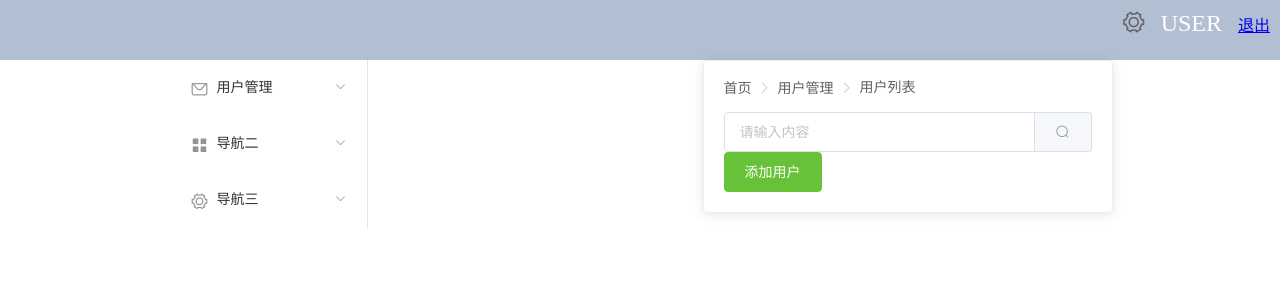
Repository: euphor1azzy/testlist
Page: /#/users (app in list/)
An editor plug-in stored every save of this project. The page is shown before and after the next save, followed by the edit.
The browser window is 1280 px wide. The pictures show the whole page.
The project was rebuilt for these pictures with package versions that can differ from the ones it lists, and the page was loaded fresh each time. Also part of the build but not shown: list/src/views/login/login.vue.

Above is the page before, as saved 2020-08-25 17:27:54.

### list/src/main.js
// 引入组件
import Vue from 'vue'
import ElementUI from 'element-ui';
import App from './App.vue'
import router from './router'
import MyHttpServer from './plugins/http'
Vue.use(router);


// 引入css文件
import './assets/css/reset.css'
import 'element-ui/lib/theme-chalk/index.css';


//使用插件
Vue.use(ElementUI)
Vue.use(MyHttpServer)
Vue.config.productionTip = false


new Vue({
    el: '#app',
    router,
    render: h => h(App)
}).$mount('#app')

### list/src/App.vue
<template>
  <div id="app" >

    <router-view></router-view>
  </div>
</template>

<script>

</script>

<style>
#app{

  height:100vh
}
</style>

### list/src/router/index.js
import Vue from 'vue'
import Router from 'vue-router'
import Home from '../views/home.vue'
import Login from '../views/login/login.vue'
import Users from '../components/users/users.vue'



Vue.use(Router);



export default new Router({
    routes: [{
            path: '/',
            name: 'Home',
            component: Home,
            children: [{
                name: 'Users',
                path: 'users',
                component: Users
            }]

        },
        {
            name: 'Login',
            path: '/login',
            component: Login
        }
    ]
});

### list/src/plugins/http.js
//将axios改为插件
import axios from 'axios'
const MyHttpServer = {}


MyHttpServer.install = (Vue) => {
    axios.defaults.baseURL = 'http://localhost:8888/api/private/v1/'

    // 添加实例方法
    Vue.prototype.$http = axios

}

export default MyHttpServer

### list/src/assets/css/reset.css
/*! minireset.css v0.0.2 | MIT License | github.com/jgthms/minireset.css */

html,
body,
p,
ol,
ul,
li,
dl,
dt,
dd,
blockquote,
figure,
fieldset,
legend,
textarea,
pre,
iframe,
hr,
h1,
h2,
h3,
h4,
h5,
h6 {
    /* height: 100%; */
    margin: 0;
    padding: 0;
}

h1,
h2,
h3,
h4,
h5,
h6 {
    font-size: 100%;
    font-weight: normal;
}

ul {
    list-style: none;
}

button,
input,
select,
textarea {
    margin: 0;
}

html {
    box-sizing: border-box;
}

* {
    box-sizing: inherit;
}

*:before,
*:after {
    box-sizing: inherit;
}

img,
embed,
object,
audio,
video {
    height: auto;
    max-width: 100%;
}

iframe {
    border: 0;
}

table {
    border-collapse: collapse;
    border-spacing: 0;
}

td,
th {
    padding: 0;
    text-align: left;
}

### list/src/views/home.vue
<template>

  <div class="con">
    <!-- 头部 -->
    <v-appnav></v-appnav>
     <!-- 侧边栏 -->

    <v-appslider></v-appslider>

    <!-- 内容 -->
   <!-- <v-list></v-list> -->
   <!-- <el-main class="main"> -->
     <router-view></router-view>
   <!-- </el-main> -->

  </div>
</template>

<script>
// 导入组件

import AppNav from "../components/common/appnav";
import AppSlider from "../components/common/appslider";
// import List from "../components/list/list";

export default {
  name: "Home",
  // 注册组件
  components: {
    "v-appnav": AppNav,
    "v-appslider": AppSlider,
    // "v-list": List,
  },
};
</script>

<style>
.con {
  /* height: 100%; */
  display: flex;
  flex: auto;
  flex-flow: row wrap;
  justify-content: space-around;
}
</style>

### list/src/components/users/users.vue
<template>

 <el-card class="box-card">
 <!-- 面包屑 -->
    <el-breadcrumb separator-class="el-icon-arrow-right">
    <!-- <el-breadcrumb-item :to="{ path: '/' }">首页</el-breadcrumb-item> -->
    <el-breadcrumb-item>首页</el-breadcrumb-item>
    <el-breadcrumb-item>用户管理</el-breadcrumb-item>
    <el-breadcrumb-item>用户列表</el-breadcrumb-item>
    </el-breadcrumb>

    <!-- 搜索 -->
    <el-row>
        <el-col>

                     <el-input placeholder="请输入内容" v-model="query" class="inputSearch">
                          <el-button  slot="append" icon="el-icon-search"></el-button>
                     </el-input>
                      <el-button type="success">添加用户</el-button>
        </el-col>
    </el-row>
</el-card>
</template>

<script>
export default {
    data() {
        return {
            query:''
        }
    }

}
</script>

<style>
.box-card{
    height: 100%;
}
.inputSearch{
    padding-top: 16px;
    width: 300px;
}
</style>

### list/src/components/common/appnav.vue
<template>
  <el-header class="nav">
    <el-dropdown>
      <i class="el-icon-setting" style="margin-right: 15px"></i>
      <el-dropdown-menu slot="dropdown">
        <el-dropdown-item>查看</el-dropdown-item>
        <el-dropdown-item>新增</el-dropdown-item>
        <el-dropdown-item>删除</el-dropdown-item>
      </el-dropdown-menu>
    </el-dropdown>
    <span>USER</span>
    <router-link to="/login" style="padding-left:16px;font-size:16px"
      >退出</router-link
    >
  </el-header>
</template>

<script>
export default {
  name: "AppNav",
};
</script>

<style scoped>

.nav {
  padding: 10px;
  text-align: right;
  font-size: 24px;
  width: 100%;
  color: #fff;
  background-color: #b2bfd2;
}
.el-icon-setting::before {
  font-size: 24px;
}
</style>

### list/src/components/common/appslider.vue
<template>
   <!-- <el-container style="height: 100%; border: 1px solid #eee"> -->
      <el-aside width="200px" style="background-color: rgb(238, 241, 246)">
        <el-menu :unique-opened="true"
        :router="true">
          <el-submenu index="1">
            <template slot="title">
              <i class="el-icon-message"></i>用户管理
            </template>
            <el-menu-item-group>
              <template slot="title">分组一</template>
              <el-menu-item index="users">用户列表</el-menu-item>
              <el-menu-item index="1-2">用户设置</el-menu-item>
            </el-menu-item-group>
            <el-menu-item-group title="分组2">
              <el-menu-item index="1-3">选项3</el-menu-item>
            </el-menu-item-group>
            <el-submenu index="1-4">
              <template slot="title">选项4</template>
              <el-menu-item index="1-4-1">选项4-1</el-menu-item>
            </el-submenu>
          </el-submenu>
          <el-submenu index="2">
            <template slot="title">
              <i class="el-icon-menu"></i>导航二
            </template>
            <el-menu-item-group>
              <template slot="title">分组一</template>
              <el-menu-item index="2-1">选项1</el-menu-item>
              <el-menu-item index="2-2">选项2</el-menu-item>
            </el-menu-item-group>
            <el-menu-item-group title="分组2">
              <el-menu-item index="2-3">选项3</el-menu-item>
            </el-menu-item-group>
            <el-submenu index="2-4">
              <template slot="title">选项4</template>
              <el-menu-item index="2-4-1">选项4-1</el-menu-item>
            </el-submenu>
          </el-submenu>
          <el-submenu index="3">
            <template slot="title">
              <i class="el-icon-setting"></i>导航三
            </template>
            <el-menu-item-group>
              <template slot="title">分组一</template>
              <el-menu-item index="3-1">选项1</el-menu-item>
              <el-menu-item index="3-2">选项2</el-menu-item>
            </el-menu-item-group>
            <el-menu-item-group title="分组2">
              <el-menu-item index="3-3">选项3</el-menu-item>
            </el-menu-item-group>
            <el-submenu index="3-4">
              <template slot="title">选项4</template>
              <el-menu-item index="3-4-1">选项4-1</el-menu-item>
            </el-submenu>
          </el-submenu>
        </el-menu>
      </el-aside>
   <!-- </el-container> -->
</template>

<script>
export default {

}
</script>

<style>

</style>

Loaded but not shown: list/public/index.html (common file)

After the next save:
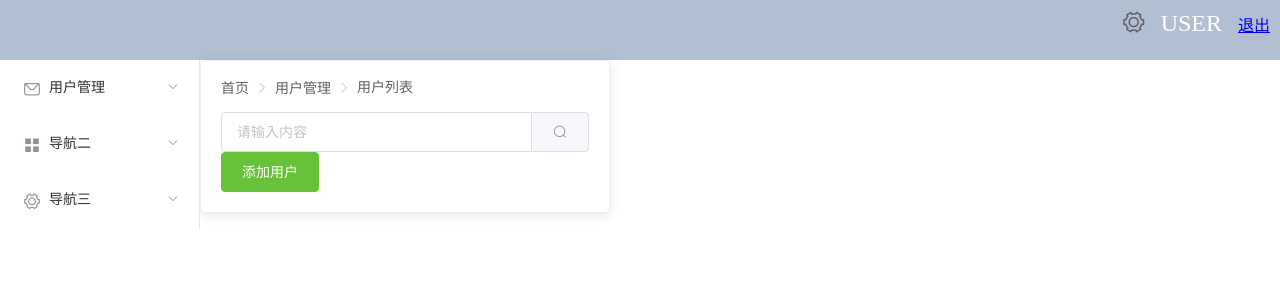
Saved 5 s later.
--- a/list/src/views/home.vue
+++ b/list/src/views/home.vue
@@ -40,6 +40,6 @@ export default {
   display: flex;
   flex: auto;
   flex-flow: row wrap;
-  justify-content: space-around;
+  justify-content: flex-start;
 }
 </style>
